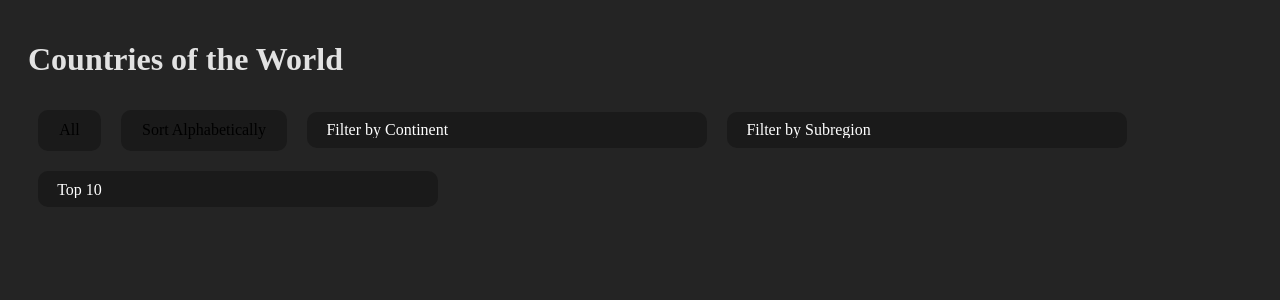
Repository: SandyLy453/comp-lab10
Page: /
These files come from the project's save history. The page is drawn as it stood at one moment and after the next save; the edit follows.
The browser window is 1280 px wide. The pictures show the whole page.
The page's requests for data from a server got no answer. The project was rebuilt for these pictures with package versions that can differ from the ones it lists, and the page was loaded fresh each time. No one was signed in, and anything a server would have sent is missing. Also part of the build but not shown: vite.config.js, src/components/Contry.jsx.

Above is the page before, as saved 2024-11-14 23:28:26.

After the next save:
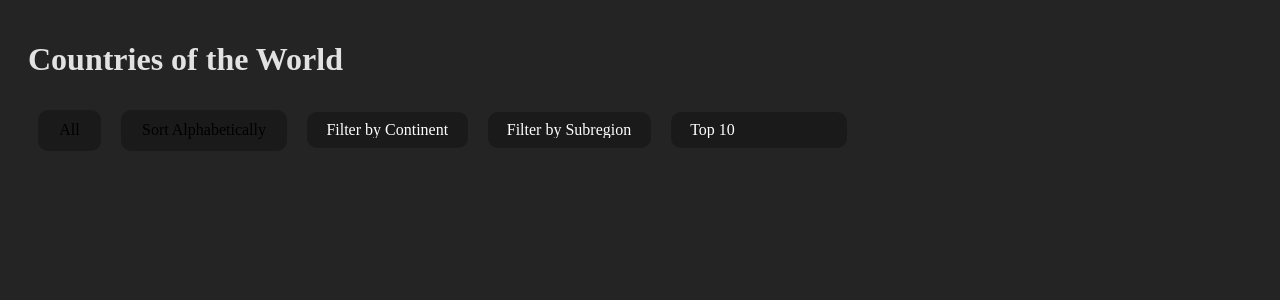
Saved 10 s later.
--- a/src/index.css
+++ b/src/index.css
@@ -53,7 +53,6 @@ select {
   font-size: 1em;
   font-family: inherit;
   margin: 10px;
-  width: 400px; /* Fixed width for dropdown */
 }
 
 option {
